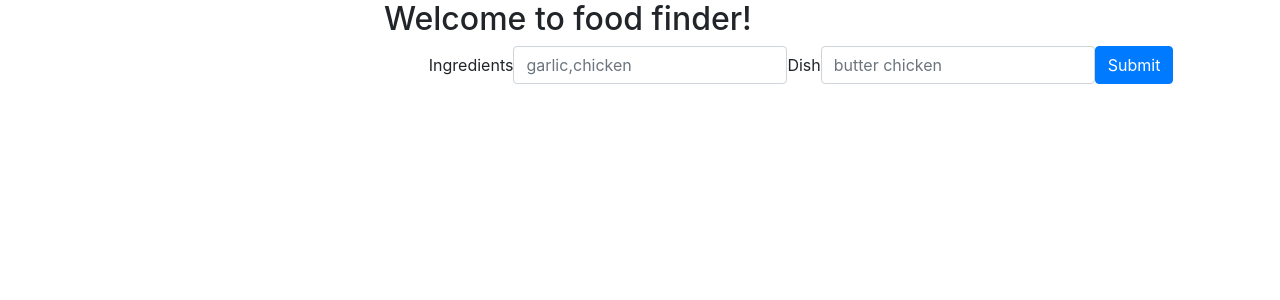
Repository: ratanparmar/receipesearch
Page: /
These files come from the project's save history. The page is drawn as it stood at one moment and after the next save; the edit follows.
The browser window is 1280 px wide. The pictures show the whole page.
The project was rebuilt for these pictures with package versions that can differ from the ones it lists, and the page was loaded fresh each time.

Above is the page before, as saved 2019-12-10 16:25:11.

After the next save:
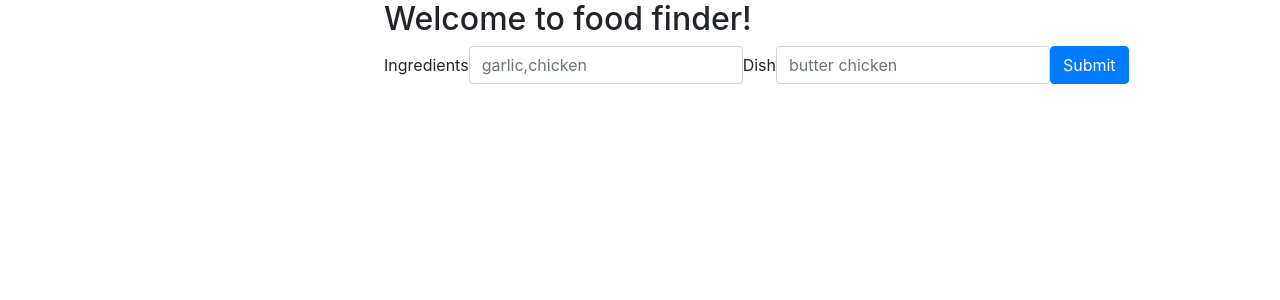
Saved 6 s later.
--- a/src/style/index.css
+++ b/src/style/index.css
@@ -3,5 +3,5 @@ body{
 }
 .App{
     text-align: center;
-    padding-left: 5%;
+    padding-left: 0%;
 }
